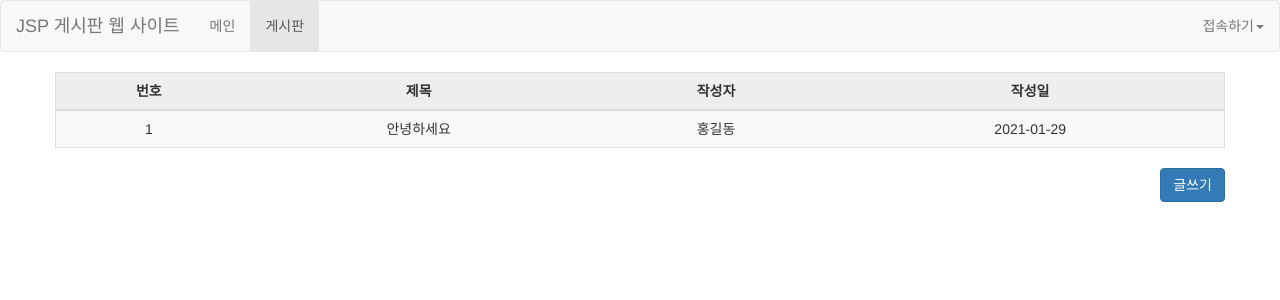
Repository: tykwon97/JSP
Page: http://localhost/BBS/bbs.jsp
An editor plug-in stored every save of this project. The page is shown before and after the next save, followed by the edit.
The browser window is 1280 px wide. The pictures show the whole page.
Some web libraries are served in a nearby version. The page is served by Tomcat 9. Other server files are loaded and not shown. Queries for data that is not in the repository find no rows.

Above is the page before, as saved 2021-01-29 06:08:00.

### projects/BBS/WebContent/bbs.jsp
<%@ page language="java" contentType="text/html; charset=UTF-8"
	pageEncoding="UTF-8"%>
<%@ page import="java.io.PrintWriter"%>
<!-- 라이브러리를 불러오기 위함 -->
<!DOCTYPE html>
<html>
<head>
<meta http-equiv="Content-Type" content="text/html ; charset=UTF-8">
<meta name="viewport" content="width=device-width" , initial-scale="1">
<link rel="stylesheet" href="css/bootstrap.css">
<title>JSP 게시판 웹 사이트</title>
</head>
<body>
	<%
		String userID = null;
	if (session.getAttribute("userID") != null) {
		userID = (String) session.getAttribute("userID");
	}
	%>
	<nav class="navbar navbar-default">
		<div class="navbar-header">
			<button type="button" class="navbar-toggle collapsed"
				data-toggle="collapse" data-target="#bs-example-navbar-collapse-1"
				aria-expanded="false">
				<span class="icon-bar"></span> <span class="icon-bar"></span> <span
					class="icon-bar"></span>
			</button>
			<a class="navbar-brand" href="main.jsp">JSP 게시판 웹 사이트</a>
		</div>
		<div class="collapse navbar-collapse"
			id="bs-example-navbar-collapse-1">
			<ul class="nav navbar-nav">
				<li><a href="main.jsp">메인</a></li>
				<li class="active"><a href="bbs.jsp">게시판</a></li>	<!-- class="active" : 현재 선택이 됨 -->
			</ul>
			<%
				if (userID == null) {
			%>
			<ul class="nav navbar-nav navbar-right">
				<li class="dropdown"><a href="#" class="dropdown-toggle"
					data-toggle="dropdown" role="button" aria-haspopup="true"
					aria-expanded="false"> 접속하기<span class="caret"></span></a> <!-- 아이콘 -->
					<ul class="dropdown-menu">
						<li><a href="login.jsp">로그인</a></li>
						<li><a href="join.jsp">회원가입</a></li>
					</ul></li>
			</ul>
			<%
				} else { //로그인 되어 있는 사람
			%>
			<ul class="nav navbar-nav navbar-right">
				<li class="dropdown"><a href="#" class="dropdown-toggle"
					data-toggle="dropdown" role="button" aria-haspopup="true"
					aria-expanded="false"> 회원관리<span class="caret"></span></a> <!-- 아이콘 -->
					<ul class="dropdown-menu">
						<li><a href="logoutAction.jsp">로그아웃</a></li>
					</ul></li>
			</ul>
			<%
				}
			%>
		</div>
	</nav>

	<!--  게시판 화면 넣어주기 -->
	<div class="container">
		<div class="row">
			<table class="table table-striped" style="text-align: center; border :1px solid #dddddd">
			<!-- table table-striped 줄별로 보기 좋게 음영처리 -->
				<thead> <!-- 테이블의 제목 -->
					<tr> <!-- 테이블의 하나의 행(한 줄) -->
						<th style="background-color : #eeeeee; text-align:center;">번호</th> <!-- 한 개의 속성 -->
						<th style="background-color : #eeeeee; text-align:center;">제목</th>
						<th style="background-color : #eeeeee; text-align:center;">작성자</th>
						<th style="background-color : #eeeeee; text-align:center;">작성일</th>
					</tr>
				</thead>
				<tbody>
					<td>1</td>
					<td>안녕하세요</td>
					<td>홍길동</td>
					<td>2021-01-29</td>
				</tbody>
			</table>
			<a href="write.jsp" class="btn btn-primary pull-right">글쓰기</a>
		</div>
	</div>



	<script src="https://code.jquery.com/jquery-3.1.1.min.js"></script>
	<script src="js/bootstrap.js"></script>
</body>
</html>

### projects/BBS/src/bbs/BbsDAO.java
package bbs;

import java.sql.Connection;
import java.sql.DriverManager;
import java.sql.PreparedStatement;
import java.sql.ResultSet;
import java.util.ArrayList;

public class BbsDAO {

	private Connection conn; //데이터베이스에 접근해주는 객체
	private ResultSet rs; //어떤한 정보를 담을수 있는 개체

	public BbsDAO() { //실제 MYSQL에 접속하게 해주는 부분 (데이터 접근 객체)
		 try {
			 /*
			 String dbURL = "jdbc:mysql://localhost:3306/BBS";
			 -> 아래와 같이 바꾸면 에러 해결됨 이유는 모르겠다.
			 */
			 String dbURL = "jdbc:mysql://localhost:3306/BBS?serverTimezone=UTC";
			 //3306은 PC에 설치된 MYSQL 서버 번호
			 String dbID ="root";
			 String dbPassword = "taeyoon!";
			 Class.forName("com.mysql.jdbc.Driver");
			 conn = DriverManager.getConnection(dbURL, dbID, dbPassword);
		 } catch(Exception e) {
			 e.printStackTrace();//오류 발생할 경우 오류 출력
		 }
	}

	public String getDate() { //현재 서버 시간 가져오기
		String SQL = "SELECT NOW()"; //현재의 시간을 가져오는 MYSQL 문장
		try {
			PreparedStatement pstmt = conn.prepareStatement(SQL); //현재 연결된 객체를 통해 SQL문장을 실행 준비 단계로 만들어준다.
			rs = pstmt.executeQuery(); //실제로 실행했을때 나오는 결과 가져오기
			if(rs.next()) { //결과가 있는 경우
				return rs.getString(1); //현재의 날짜를 그대로 반환
			}
		} catch (Exception e) {
			e.printStackTrace();
		}
		return ""; //데이터베이스 오류
	}

	public int getNext() {
		String SQL = "SELECT bbsID FROM BBS ORDER BY bbsID DESC"; //bbsID가져오기 (내림차순으로 가장 마자막에 쓰인 글의 순번 가져오기)
		try {
			PreparedStatement pstmt = conn.prepareStatement(SQL); //현재 연결된 객체를 통해 SQL문장을 실행 준비 단계로 만들어준다.
			rs = pstmt.executeQuery(); //실제로 실행했을때 나오는 결과 가져오기
			if(rs.next()) { //결과가 있는 경우
				return rs.getInt(1) + 1;
			}
			return 1; //첫번째 게시물인 경우
		} catch (Exception e) {
			e.printStackTrace();
		}
		return -1; //데이터베이스 오류
	}

	public int write(String bbsTitle, String userID, String bbsContent) {
		String SQL = "INSERT INTO BBS VALUES (?, ?, ?, ?, ?, ?)";
		try {
			PreparedStatement pstmt = conn.prepareStatement(SQL); //현재 연결된 객체를 통해 SQL문장을 실행 준비 단계로 만들어준다.
			pstmt.setInt(1, getNext());
			pstmt.setString(2, bbsTitle);
			pstmt.setString(3, userID);
			pstmt.setString(4, getDate());
			pstmt.setString(5, bbsContent);
			pstmt.setInt(6, 1);
			//rs = pstmt.executeQuery(); -> executeUpdate()를 사용
			return pstmt.executeUpdate(); //성공적으로 수행하는 경우 0이상 리턴
		} catch (Exception e) {
			e.printStackTrace();
		}
		return -1; //데이터베이스 오류
	}

	public ArrayList<Bbs> getList(int pageNumber){
		String SQL = "SELECT FROM BBS WHERE bbsID < ? AND bbsAvailable = 1 ORDER BY bbsID DESC LIMIT 10";
		ArrayList<Bbs> list = new ArrayList<Bbs>();
		try {
			PreparedStatement pstmt = conn.prepareStatement(SQL); //현재 연결된 객체를 통해 SQL문장을 실행 준비 단계로 만들어준다.
			pstmt.setInt(1, getNext() - (pageNumber - 1) * 10);// ?에 들어갈 내용 작성
			rs = pstmt.executeQuery(); //실제로 실행했을때 나오는 결과 가져오기
			while(rs.next()) { //결과가 있는 경우
				Bbs bbs = new Bbs();
				bbs.setBbsID(rs.getInt(1));
				bbs.setBbsTitle(rs.getString(2));
				bbs.setUserID(rs.getString(3));
				bbs.setBbsDate(rs.getString(4));
				bbs.setBbsContent(rs.getString(5));
				bbs.setBbsAvailable(rs.getInt(6));
				list.add(bbs);
			}
		} catch (Exception e) {
			e.printStackTrace();
		}
		return list;
	}

	public boolean nextPage(int pageNumber) { //page처리를 위함
		String SQL = "SELECT FROM BBS WHERE bbsID < ? AND bbsAvailable = 1 ORDER BY bbsID DESC LIMIT 10";
		try {
			PreparedStatement pstmt = conn.prepareStatement(SQL); //현재 연결된 객체를 통해 SQL문장을 실행 준비 단계로 만들어준다.
			pstmt.setInt(1, getNext() - (pageNumber - 1) * 10);// ?에 들어갈 내용 작성
			rs = pstmt.executeQuery(); //실제로 실행했을때 나오는 결과 가져오기
			if(rs.next()) { //결과가 있는 경우
				return true; //다음페이지로 넘어갈 수 있다.
			}
		} catch (Exception e) {
			e.printStackTrace();
		}
		return false;
	}
}

Loaded but not shown: projects/BBS/WebContent/css/bootstrap.css (library); projects/BBS/WebContent/js/bootstrap.js (library)

After the next save:
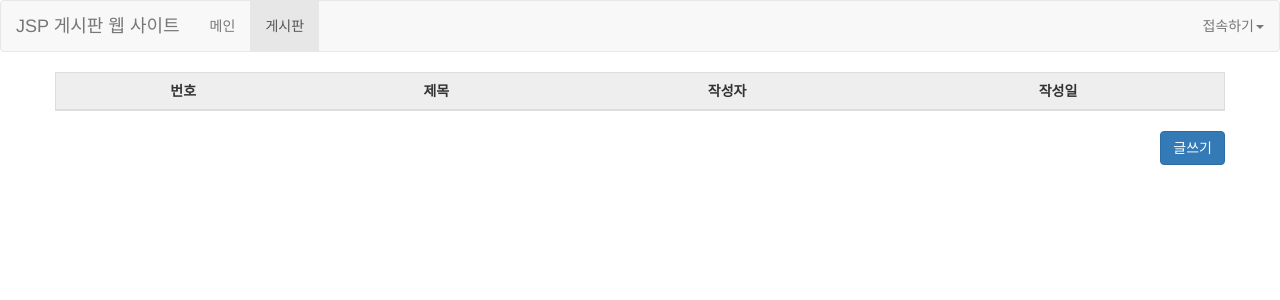
Saved 9 min 9 s later.
--- a/projects/BBS/WebContent/bbs.jsp
+++ b/projects/BBS/WebContent/bbs.jsp
@@ -1,6 +1,9 @@
 <%@ page language="java" contentType="text/html; charset=UTF-8"
 	pageEncoding="UTF-8"%>
 <%@ page import="java.io.PrintWriter"%>
+<%@ page import="bbs.BbsDAO"%>
+<%@ page import="bbs.Bbs"%>
+<%@ page import="java.util.ArrayList"%>
 <!-- 라이브러리를 불러오기 위함 -->
 <!DOCTYPE html>
 <html>
@@ -12,9 +15,13 @@
 </head>
 <body>
 	<%
-		String userID = null;
+	String userID = null;
 	if (session.getAttribute("userID") != null) {
 		userID = (String) session.getAttribute("userID");
+	}
+	int pageNumber=1; //기본 페이지(1페이지)
+	if(request.getParameter("pageNumber") != null) {
+		pageNumber = Integer.parseInt(request.getParameter("pageNumber"));
 	}
 	%>
 	<nav class="navbar navbar-default">
@@ -76,10 +83,20 @@
 					</tr>
 				</thead>
 				<tbody>
-					<td>1</td>
-					<td>안녕하세요</td>
-					<td>홍길동</td>
-					<td>2021-01-29</td>
+					<%
+						//게시판 내용 불러오는 부분
+						BbsDAO bbsDAO = new BbsDAO();
+						ArrayList<Bbs> list = bbsDAO.getList(pageNumber);
+						for(int i=0; i <list.size();i++) {
+					%>
+						<td><%= list.get(i).getBbsID() %></td>
+						<td><a href="view.jsp?bbsID=<%= list.get(i).getBbsID() %>"> <%= list.get(i).getBbsTitle() %></a></td>
+						<td><%= list.get(i).getUserID() %></td>
+						<td><%= list.get(i).getBbsDate().substring(0,11) + list.get(i).getBbsDate().substring(11,13) +"시"+list.get(i).getBbsDate().substring(14,16)+"분" %></td>
+					<%
+						}
+					%>
+
 				</tbody>
 			</table>
 			<a href="write.jsp" class="btn btn-primary pull-right">글쓰기</a>
